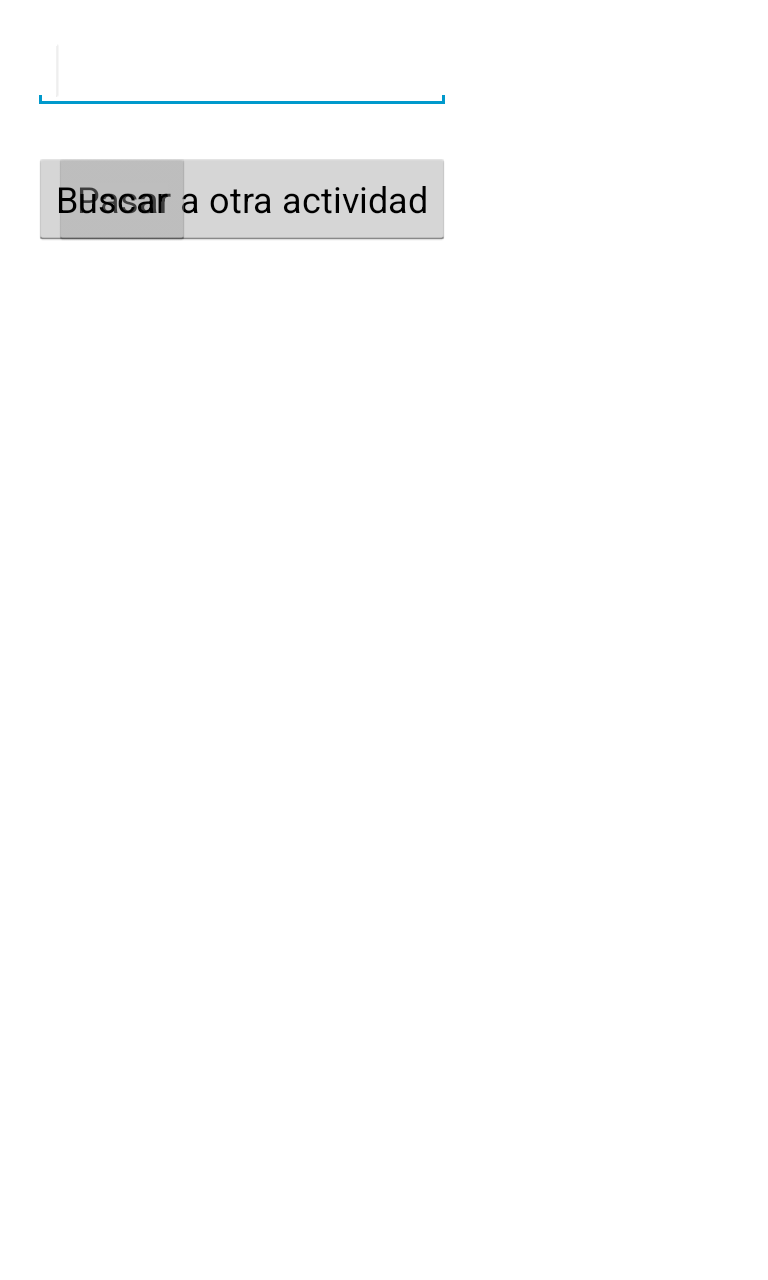
Repository: sstevenmr/SP-Galileo
Layout: Demo/res/layout/activity_main.xml
An editor plug-in stored every save of this project. The layout is shown before and after the next save, followed by the edit.
It is drawn on a 768 x 1280 px phone screen (xhdpi) without system bars, with theme AppTheme; the app's code is not run.

Above is the layout before, as saved 2014-01-23 23:41:38.

### Demo/res/layout/activity_main.xml
<RelativeLayout xmlns:android="http://schemas.android.com/apk/res/android"
    xmlns:tools="http://schemas.android.com/tools"
    android:layout_width="match_parent"
    android:layout_height="match_parent"
    android:paddingBottom="@dimen/activity_vertical_margin"
    android:paddingLeft="@dimen/activity_horizontal_margin"
    android:paddingRight="@dimen/activity_horizontal_margin"
    android:paddingTop="@dimen/activity_vertical_margin"
    tools:context=".MainActivity" >

    <EditText
        android:id="@+id/editTextSearchQuery"
        android:layout_width="wrap_content"
        android:layout_height="wrap_content"
        android:layout_alignParentLeft="true"
        android:layout_alignParentTop="true"
        android:inputType="text"
        android:ems="10" >

        <requestFocus />
    </EditText>

    <Button
        android:id="@+id/btnSearch"
        android:layout_width="wrap_content"
        android:layout_height="wrap_content"
        android:layout_alignBottom="@+id/btnOpenActivity"
        android:layout_alignRight="@+id/editTextSearchQuery"
        android:text="@string/btn_open_activity" />

    <Button
        android:id="@+id/btnOpenActivity"
        android:layout_width="wrap_content"
        android:layout_height="wrap_content"
        android:layout_alignLeft="@+id/editTextSearchQuery"
        android:layout_below="@+id/editTextSearchQuery"
        android:layout_marginTop="20dp"
        android:text="@string/btn_Search"/>

</RelativeLayout>

### Demo/res/values/strings.xml
<?xml version="1.0" encoding="utf-8"?>
<resources>

    <string name="app_name">Ejemplo</string>
    <string name="action_settings">Settings</string>
    <string name="hello_world">Hello world!</string>
    <string name="btn_Search">Buscar</string>
    <string name="btn_open_activity">Pasar a otra actividad</string>

</resources>

Loaded but not shown: Demo/res/values/styles.xml (common file); Demo/res/values-v11/styles.xml (common file); Demo/res/values-v14/styles.xml (common file); Demo/res/values/dimens.xml (common file)

After the next save:
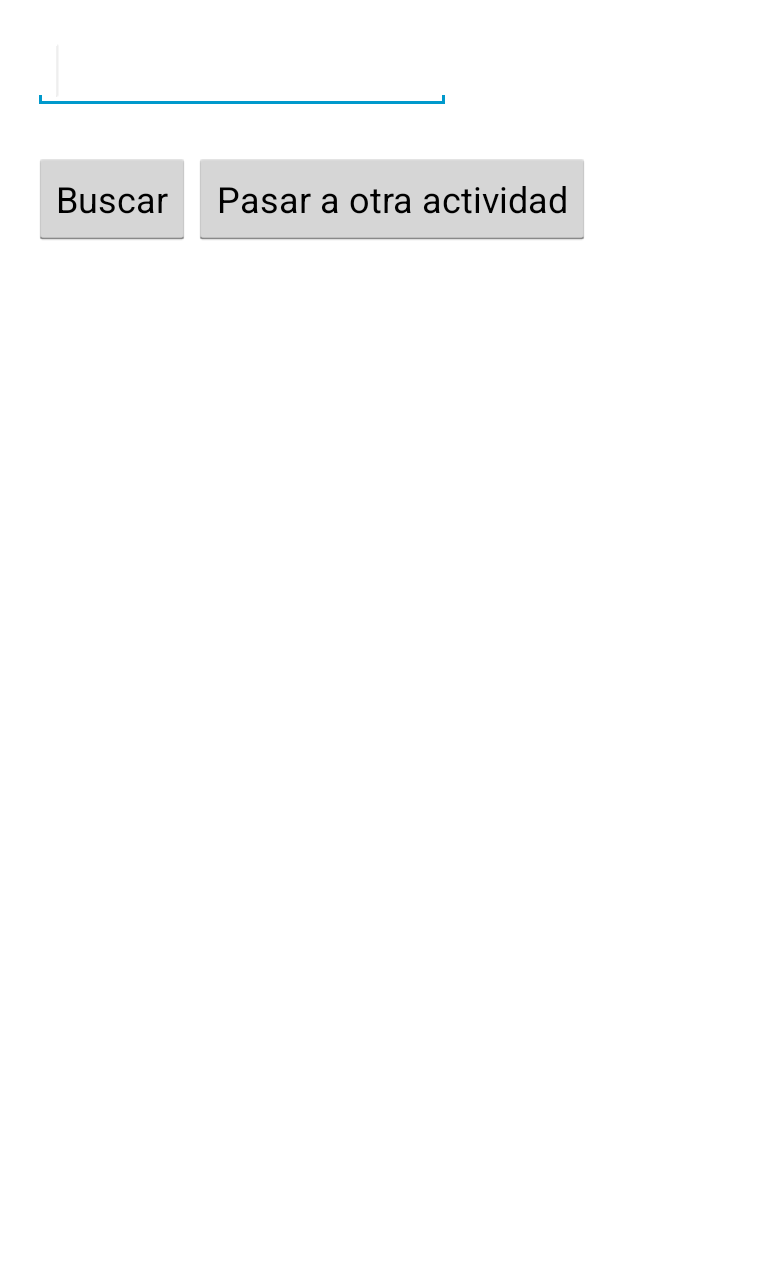
Saved 2 min 6 s later.
--- a/Demo/res/layout/activity_main.xml
+++ b/Demo/res/layout/activity_main.xml
@@ -21,14 +21,6 @@
     </EditText>
 
     <Button
-        android:id="@+id/btnSearch"
-        android:layout_width="wrap_content"
-        android:layout_height="wrap_content"
-        android:layout_alignBottom="@+id/btnOpenActivity"
-        android:layout_alignRight="@+id/editTextSearchQuery"
-        android:text="@string/btn_open_activity" />
-
-    <Button
         android:id="@+id/btnOpenActivity"
         android:layout_width="wrap_content"
         android:layout_height="wrap_content"
@@ -37,4 +29,13 @@
         android:layout_marginTop="20dp"
         android:text="@string/btn_Search"/>
 
+    <Button
+        android:id="@+id/btnSearch"
+        android:layout_width="wrap_content"
+        android:layout_height="wrap_content"
+        android:layout_alignBaseline="@+id/btnOpenActivity"
+        android:layout_alignBottom="@+id/btnOpenActivity"
+        android:layout_toRightOf="@+id/btnOpenActivity"
+        android:text="@string/btn_open_activity" />
+
 </RelativeLayout>
